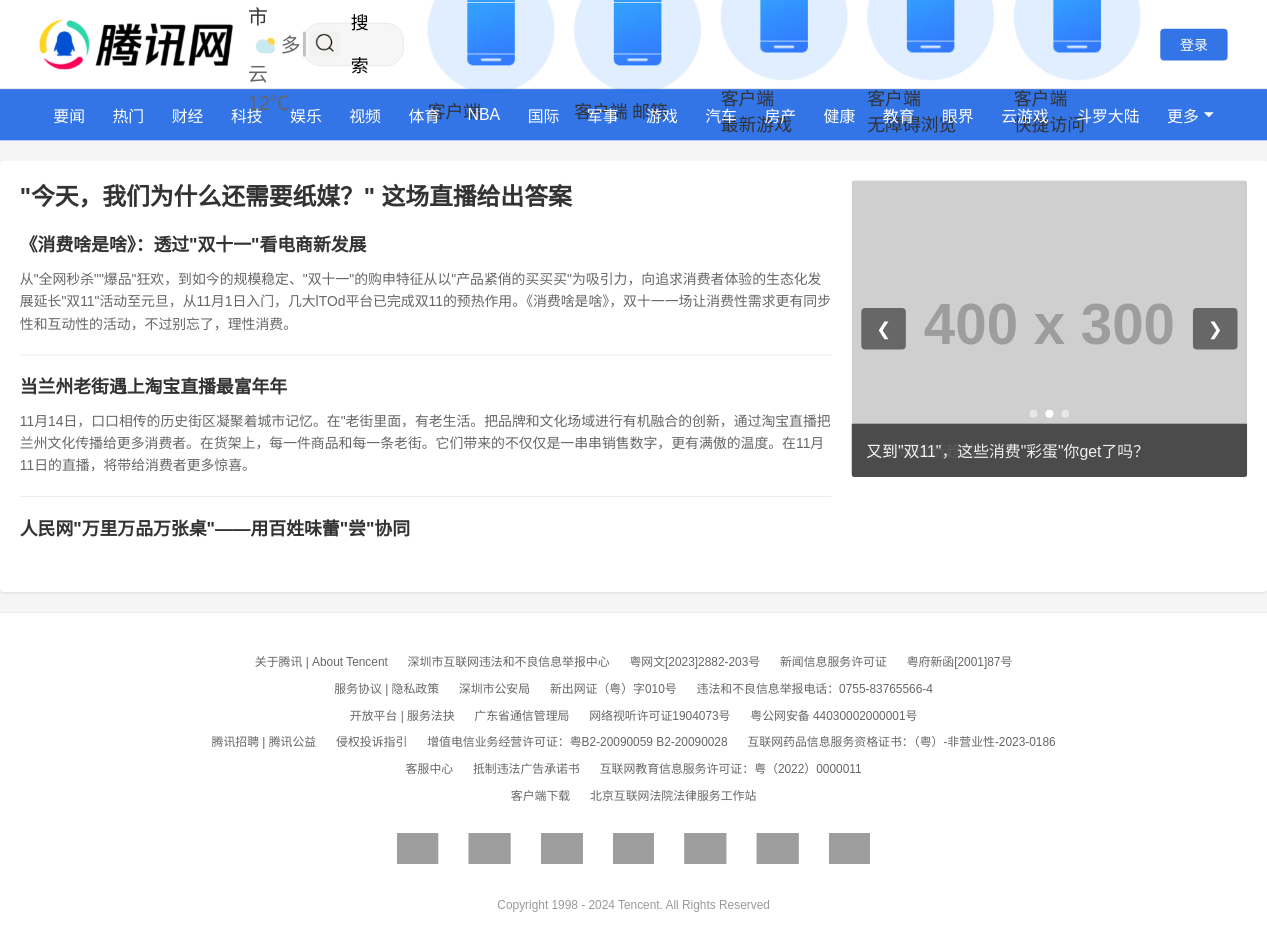
Repository: huang-heavenly-Emperor/xszy_TencentNews
Page: index.html
The author's editor kept a copy of each file at every save. The page is drawn from the files as they stood at one save, then again after the next save.
The browser window is 1280 px wide. The pictures show the whole page, at 99% of full size.
Pictures or frames that could not be fetched are drawn as grey boxes. The style sheet was rebuilt from its Sass, Less or Tailwind sources for each picture, by a compiler version that may differ from the author's.

Above is the page before, as saved 2024-11-22 18:38:09.

After the next save:
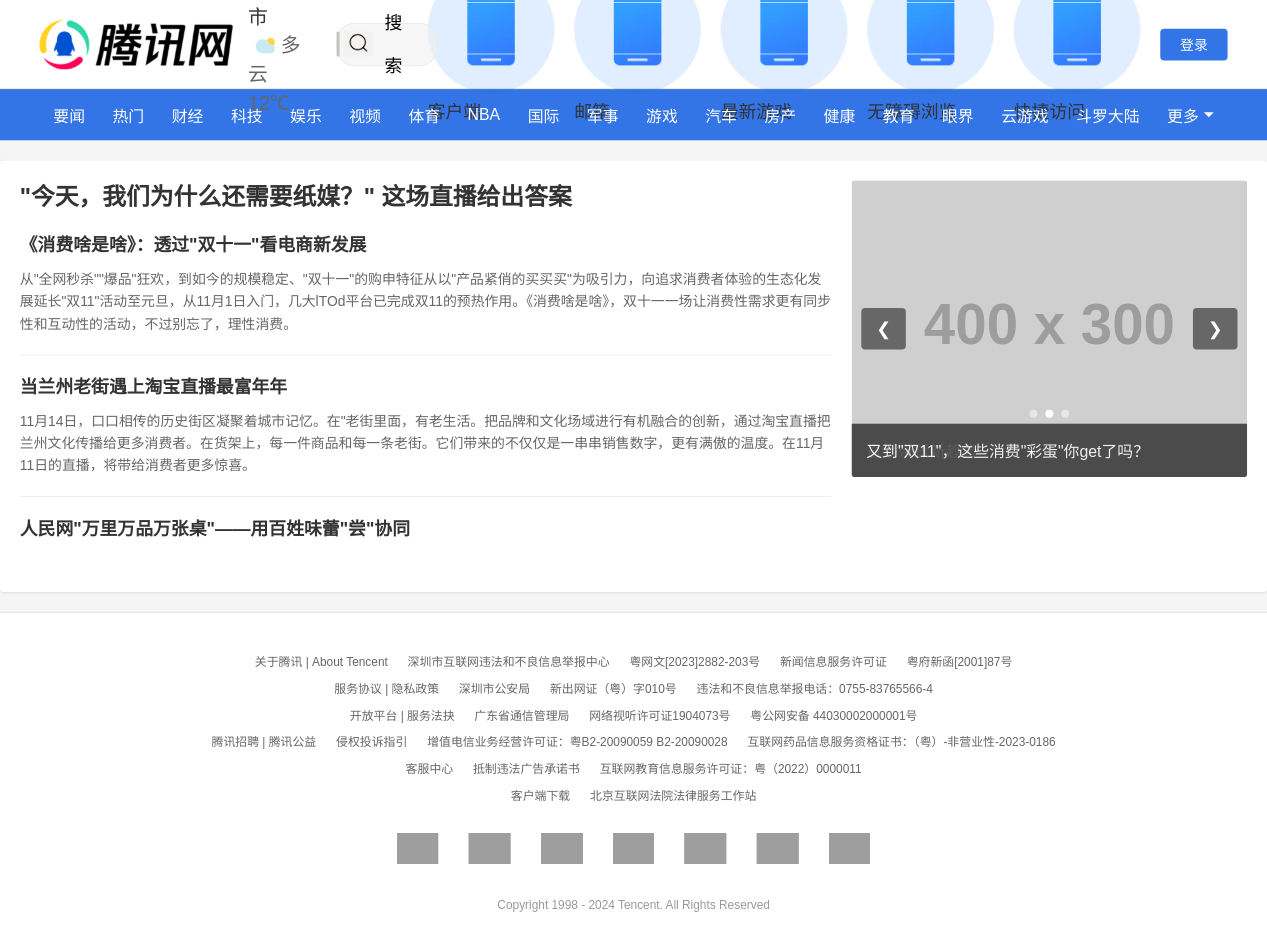
Saved 12 s later.
--- a/index.html
+++ b/index.html
@@ -33,22 +33,18 @@
 
           <div class="action-item">
             <img src="./assets/images/icon_1.webp" alt="">
-            <a href="#" class="nav-item">客户端</a>
             <a href="#" class="nav-item">邮箱</a>
           </div>
           <div class="action-item">
             <img src="./assets/images/icon_1.webp" alt="">
-            <a href="#" class="nav-item">客户端</a>
             <a href="#" class="nav-item">最新游戏</a>
           </div>
           <div class="action-item">
             <img src="./assets/images/icon_1.webp" alt="">
-            <a href="#" class="nav-item">客户端</a>
             <a href="#" class="nav-item">无障碍浏览</a>
           </div>
           <div class="action-item">
             <img src="./assets/images/icon_1.webp" alt="">
-            <a href="#" class="nav-item">客户端</a>
             <a href="#" class="nav-item">快捷访问</a>
           </div>
 
